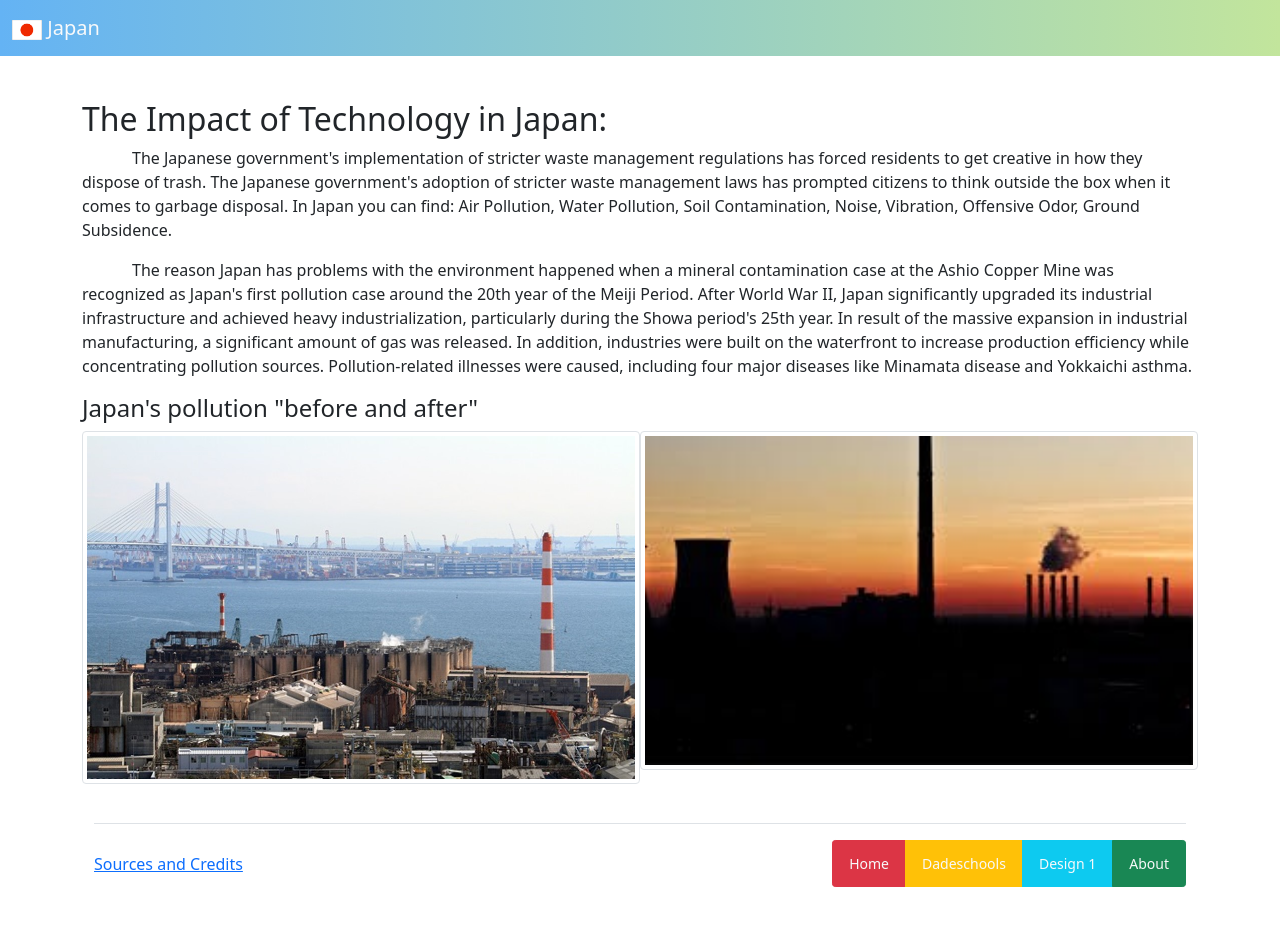
Repository: mrchilliballs/mrchilliballs.github.io
Page: untitled-2.html
An editor plug-in stored every save of this project. The page is shown before and after the next save, followed by the edit.
The browser window is 1280 px wide. The pictures show the whole page.

Above is the page before, as saved 2021-09-03 16:03:35.

### untitled-2.html
<!DOCTYPE html>
<html lang="en">
<head>
    <meta charset="UTF-8">
    <meta http-equiv="X-UA-Compatible" content="IE=edge">
    <!-- CSS only -->
<link href="https://cdn.jsdelivr.net/npm/bootstrap@5.1.0/dist/css/bootstrap.min.css" rel="stylesheet" integrity="sha384-KyZXEAg3QhqLMpG8r+8fhAXLRk2vvoC2f3B09zVXn8CA5QIVfZOJ3BCsw2P0p/We" crossorigin="anonymous">
    <meta name="viewport" content="width=device-width, initial-scale=1.0">
    <title>Document</title>
    <style>
@keyframes AnimationName {
    0%{background-position:0% 50%}
    50%{background-position:100% 50%}
    100%{background-position:0% 50%}
}
#navabr {
    animation: AnimationName 1s ease infinite !important;
    background: #c2e59c;  /* fallback for old browsers */
    background: -webkit-linear-gradient(to right, #64b3f4, #c2e59c);  /* Chrome 10-25, Safari 5.1-6 */
    background: linear-gradient(to right, #64b3f4, #c2e59c); /* W3C, IE 10+/ Edge, Firefox 16+, Chrome 26+, Opera 12+, Safari 7+ */
}
    </style>
</head>
<body>
    <nav class="navbar navbar-light bg-light fixed-top" id="navabr">
        <div class="container-fluid">
          <a class="navbar-brand" href="#">
            <img src="japan.gif" alt="" width="30" height="20 class="d-inline-block align-text-top">
            <span class="text-light">Japan</span>
          </a>
        </div>
      </nav>
    <main class="container">
<h2 style="margin-top: 100px;">The Impact of Technology in Japan:</h2>
	<p style="text-indent: 50px;">The Japanese government's implementation of stricter waste management regulations has forced residents to get creative in how they dispose of trash. The Japanese government's adoption of stricter waste management laws has prompted citizens to think outside the box when it comes to garbage disposal. In Japan you can find: Air Pollution, Water Pollution, Soil Contamination, Noise, Vibration, Offensive Odor, Ground Subsidence.
	<br></p><p style="text-indent: 50px;">The reason Japan has problems with the environment happened when a mineral contamination case at the Ashio Copper Mine was recognized as Japan's first pollution case around the 20th year of the Meiji Period. After World War II, Japan significantly upgraded its industrial infrastructure and achieved heavy industrialization, particularly during the Showa period's 25th year. In result of the massive expansion in industrial manufacturing, a significant amount of gas was released. In addition, industries were built on the waterfront to increase production efficiency while concentrating pollution sources. Pollution-related illnesses were caused, including four major diseases like Minamata disease and Yokkaichi asthma.
    </p>
    <h4>Japan's pollution "before and after"</h4>
    <img src="Picture1.jpg" class="rounded img-thumbnail img-fluid float-start" alt="..." height="50%" width="50%">
    <img src="Picture2.jpg" class="rounded img-thumbnail img-fluid float-end" alt="..." height="50%" width="50%">
    <div style="margin-bottom: 25rem;"></div>
        <div class="container">
            <footer class="d-flex flex-wrap justify-content-between align-items-center py-3 my-4 border-top" style="">
              <div class="dropdown">
                <a class="" href="#" role="button" id="dropdownMenuLink" data-bs-toggle="dropdown" aria-expanded="false">
                  Sources and Credits
                </a>

                <ul class="dropdown-menu" aria-labelledby="dropdownMenuLink">
                  <li><a class="dropdown-item" href="https://www.world-weather-travellers-guide.com/air-pollution-in-japan.htm">Source 1</a></li>
                  <li><a class="dropdown-item" href="https://www.nytimes.com/1964/12/26/archives/tokyo-troubled-by-air-pollution-emphasis-in-smog-control-is-still.html">Source 2</a></li>
                  <li><a class="dropdown-item" href="https://creativecommons.org/licenses/by-nc/2.0/s">Source 3</a></li>
                  <li><a class="dropdown-item" href="https://encyclopedia.1914-1918 online.net/article/science_and_technology_japan ">Source 4</a></li>
                  <li><a class="dropdown-item" href="https://en.wikipedia.org/wiki/Tokyo">Source 5</a></li>
                  <li><a class="dropdown-item" href="https://en.wikipedia.org/wiki/Meiji_Restoration ">Source 6</a></li>
                </ul>
              </div>
              <a href="/" class="col-md-4 d-flex align-items-center justify-content-center mb-3 mb-md-0 me-md-auto link-dark text-decoration-none">
                <svg class="bi me-2" width="40" height="32"><use xlink:href="#bootstrap"></use></svg>
              </a>

              <ul class="nav col-md-4 justify-content-end">
                <div class="btn-group" role="group" aria-label="Basic mixed styles example">
                    <button type="button" class="btn btn-danger btn-sm"><li class="nav-item"><a href="#" class="nav-link px-2 text-light">Home</a></li></button>
                    <button type="button" class="btn btn-warning btn-sm"><li class="nav-item"><a href="https://www3.dadeschools.net" class="nav-link px-2 text-light">Dadeschools</a></li></button>
                    <button type="button" class="btn btn-info btn-sm"><li class="nav-item"><a href="index.html" class="nav-link px-2 text-light">Design 1</a></li></button>
                    <button type="button" class="btn btn-success btn-sm"><li class="nav-item"><a class="nav-link px-2 text-light" href="#" role="button" id="dropdownMenuLink" data-bs-toggle="dropdown" aria-expanded="false">About</a><ul class="dropdown-menu" aria-labelledby="dropdownMenuLink1">
                      <li class="dropdown-item">We made this website using the program language "HTML". It took us a lot of work and we hope we get a good grade on this because we did our best on this website.</li>
                    </ul></li>
                    </button>
                  </div>
              </ul>
            </footer>
          </div>
          <!-- JavaScript Bundle with Popper -->
<script src="https://cdn.jsdelivr.net/npm/bootstrap@5.1.0/dist/js/bootstrap.bundle.min.js" integrity="sha384-U1DAWAznBHeqEIlVSCgzq+c9gqGAJn5c/t99JyeKa9xxaYpSvHU5awsuZVVFIhvj" crossorigin="anonymous"></script>
    </main>
</body>
</html>

After the next save:
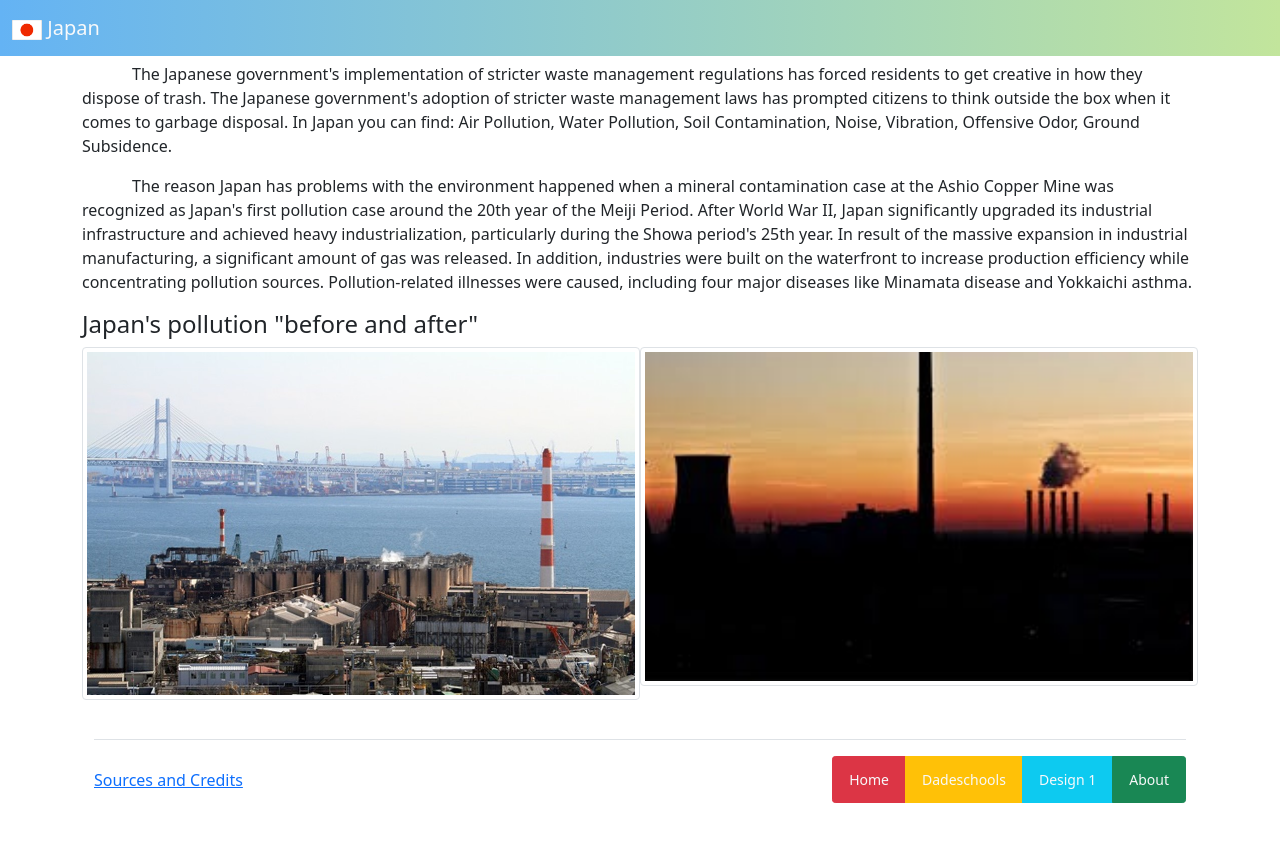
Saved 18 s later.
--- a/untitled-2.html
+++ b/untitled-2.html
@@ -31,7 +31,7 @@
         </div>
       </nav>
     <main class="container">
-<h2 style="margin-top: 100px;">The Impact of Technology in Japan:</h2>
+<h2  class="mt-5 mt-sm-3">The Impact of Technology in Japan:</h2>
 	<p style="text-indent: 50px;">The Japanese government's implementation of stricter waste management regulations has forced residents to get creative in how they dispose of trash. The Japanese government's adoption of stricter waste management laws has prompted citizens to think outside the box when it comes to garbage disposal. In Japan you can find: Air Pollution, Water Pollution, Soil Contamination, Noise, Vibration, Offensive Odor, Ground Subsidence.
 	<br></p><p style="text-indent: 50px;">The reason Japan has problems with the environment happened when a mineral contamination case at the Ashio Copper Mine was recognized as Japan's first pollution case around the 20th year of the Meiji Period. After World War II, Japan significantly upgraded its industrial infrastructure and achieved heavy industrialization, particularly during the Showa period's 25th year. In result of the massive expansion in industrial manufacturing, a significant amount of gas was released. In addition, industries were built on the waterfront to increase production efficiency while concentrating pollution sources. Pollution-related illnesses were caused, including four major diseases like Minamata disease and Yokkaichi asthma.
     </p>

After the 3 saves that followed:
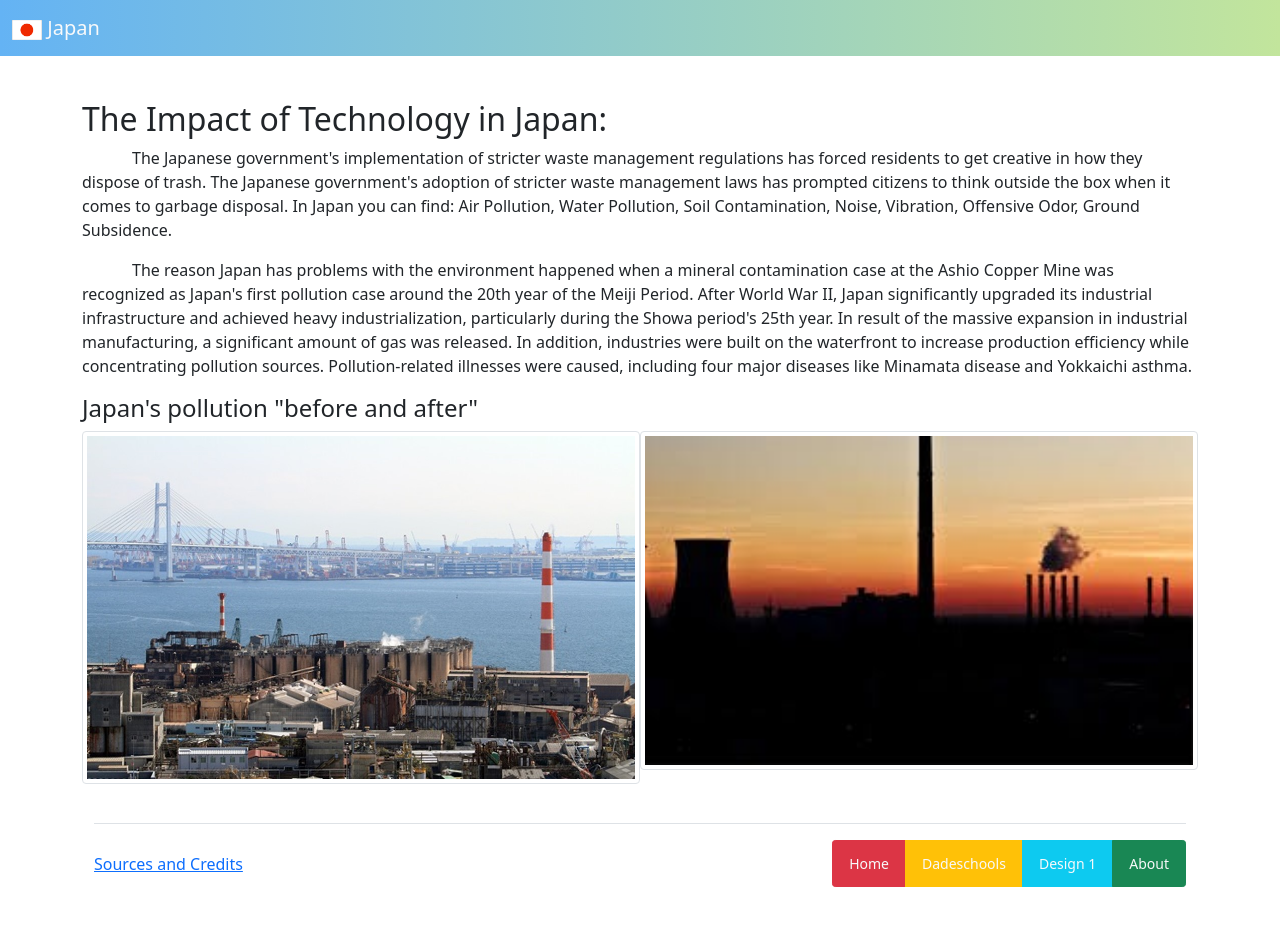
The 3 saves are shown as one change because 2 left the picture as it was.
The last was saved 71 s later.
--- a/untitled-2.html
+++ b/untitled-2.html
@@ -31,7 +31,7 @@
         </div>
       </nav>
     <main class="container">
-<h2  class="mt-5 mt-sm-3">The Impact of Technology in Japan:</h2>
+<h2 style="margin-top:100px;">The Impact of Technology in Japan:</h2>
 	<p style="text-indent: 50px;">The Japanese government's implementation of stricter waste management regulations has forced residents to get creative in how they dispose of trash. The Japanese government's adoption of stricter waste management laws has prompted citizens to think outside the box when it comes to garbage disposal. In Japan you can find: Air Pollution, Water Pollution, Soil Contamination, Noise, Vibration, Offensive Odor, Ground Subsidence.
 	<br></p><p style="text-indent: 50px;">The reason Japan has problems with the environment happened when a mineral contamination case at the Ashio Copper Mine was recognized as Japan's first pollution case around the 20th year of the Meiji Period. After World War II, Japan significantly upgraded its industrial infrastructure and achieved heavy industrialization, particularly during the Showa period's 25th year. In result of the massive expansion in industrial manufacturing, a significant amount of gas was released. In addition, industries were built on the waterfront to increase production efficiency while concentrating pollution sources. Pollution-related illnesses were caused, including four major diseases like Minamata disease and Yokkaichi asthma.
     </p>
